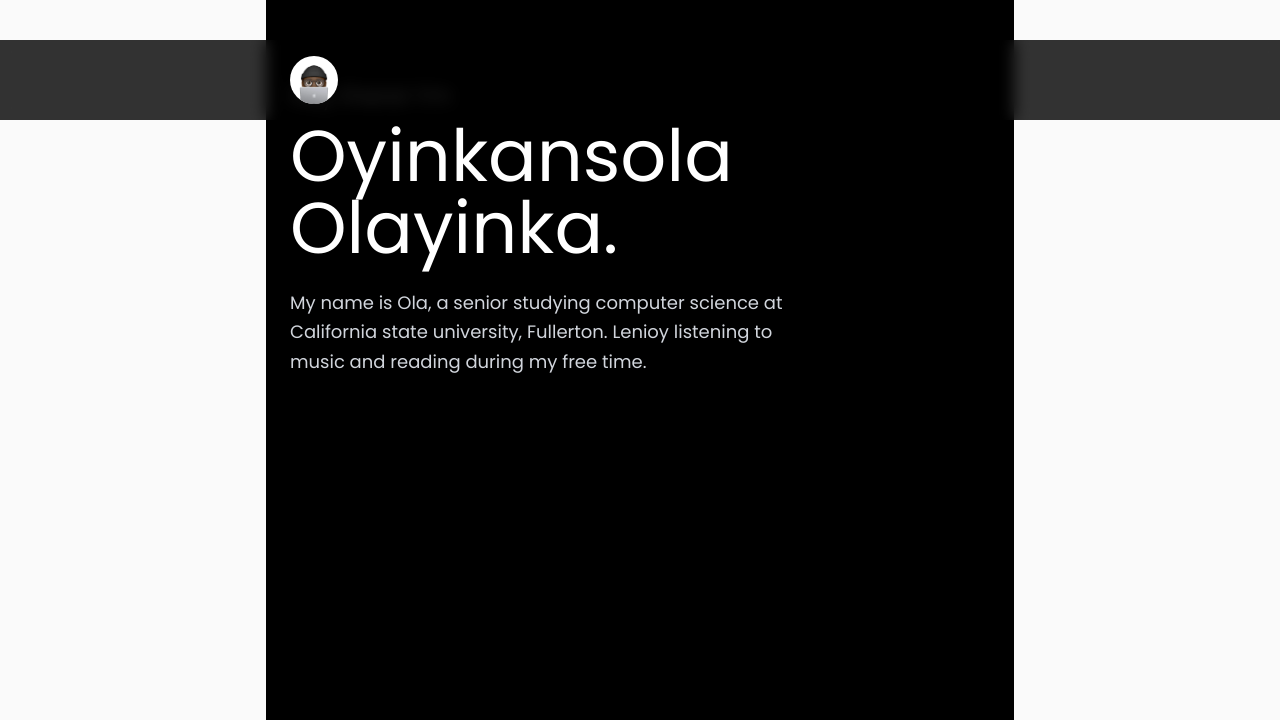
Repository: olasores/olasores-portfolio
Page: /
An editor plug-in stored every save of this project. The page is shown before and after the next save, followed by the edit.
The browser window is 1280 px wide. The pictures show the whole page.
The project was rebuilt for these pictures with package versions that can differ from the ones it lists, and the page was loaded fresh each time. The framework's server and built-in components were replaced by stand-ins that run in the browser. Also part of the build but not shown: next.config.ts.

Above is the page before, as saved 2025-11-11 12:52:36.

After the next save:
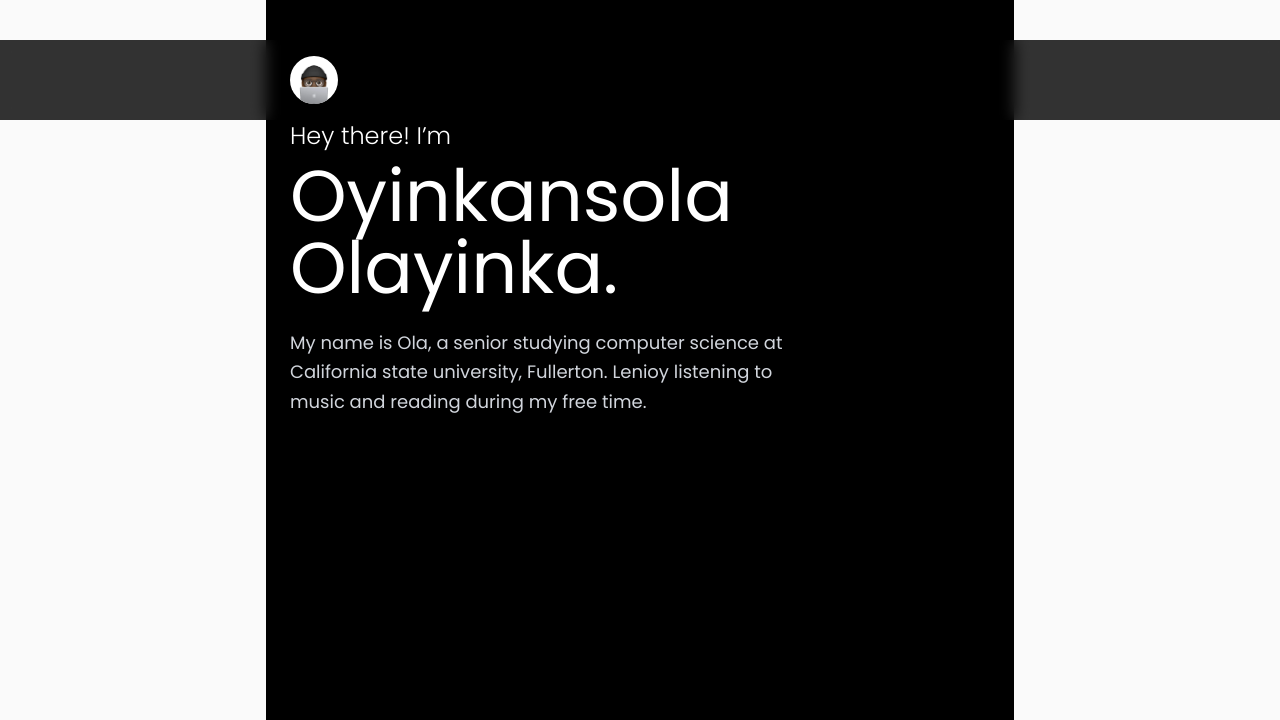
Saved 4 s later.
--- a/app/components/HomeSection.tsx
+++ b/app/components/HomeSection.tsx
@@ -2,7 +2,7 @@
 
 export default function HomeSection() {
     return (
-        <div className="flex min-h-screen justify-center bg-black font-sans dark:bg-black px-6 py-5 pt-20">
+        <div className="flex min-h-screen justify-center bg-black font-sans dark:bg-black px-6 py-5 pt-30">
             <div className="max-w-[700px] w-full flex flex-col gap-12">
                 {/* Text content */}
                 <div className="flex flex-col gap-6 items-center md:items-start">
